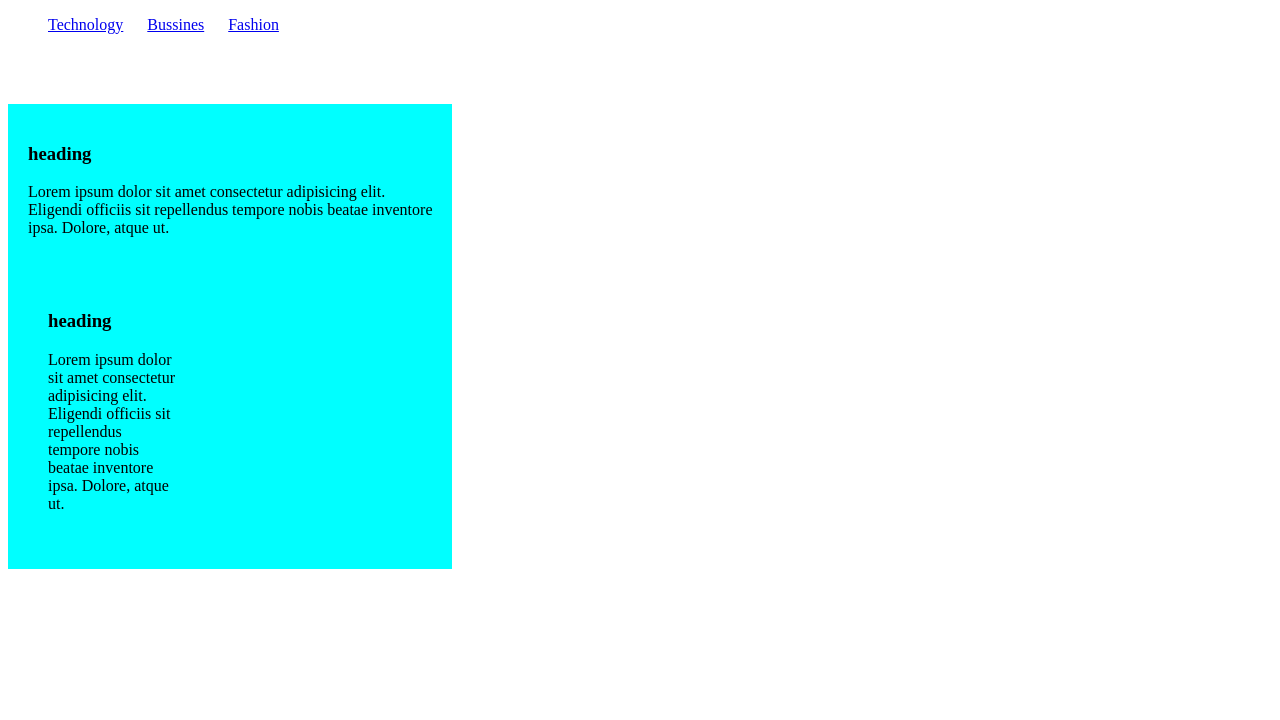
Repository: andiausrust/css-traversy
Page: inline_block/index.html
These files come from the project's save history. The page is drawn as it stood at one moment and after the next save; the edit follows.
The browser window is 1280 px wide. The pictures show the whole page.

Above is the page before, as saved 2020-08-21 07:12:30.

### inline_block/index.html
<!DOCTYPE html>
<html lang="en">
    <head>
        <meta charset="UTF-8" />
        <meta name="viewport" content="width=device-width, initial-scale=1.0" />
        <link rel="stylesheet" href="./css/style.css" />
        <title>Inline | Block</title>
    </head>
    <body>
        <ul>
            <li><a href="#">Technology</a></li>
            <li><a href="#">Bussines</a></li>
            <li><a href="#">Fashion</a></li>
        </ul>
        <br />
        <br />
        <br />
        <div class="box">
            <h3>heading</h3>
            <p>
                Lorem ipsum dolor sit amet consectetur adipisicing elit.
                Eligendi officiis sit repellendus tempore nobis beatae inventore
                ipsa. Dolore, atque ut.
            </p>
        <br />
        <div class="box">
            <h3>heading</h3>
            <p>
                Lorem ipsum dolor sit amet consectetur adipisicing elit.
                Eligendi officiis sit repellendus tempore nobis beatae inventore
                ipsa. Dolore, atque ut.
            </p>
        </div>
    </body>
</html>

### inline_block/css/style.css
li {
    display: inline;
}

li a {
    padding-right: 20px;
}

.box {
    background-color: aqua;
    padding: 20px;
    width: 32%;
}

After the next save:
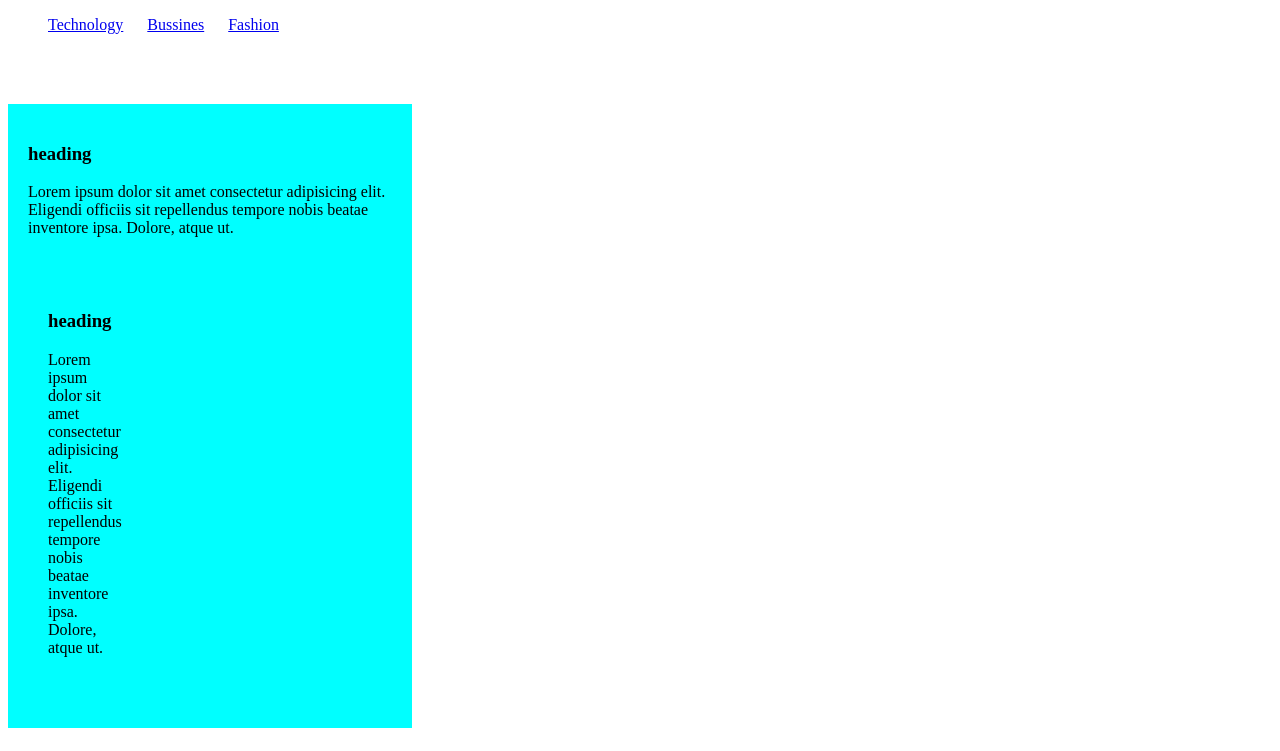
Saved 68 s later.
--- a/inline_block/css/style.css
+++ b/inline_block/css/style.css
@@ -7,7 +7,10 @@ li a {
 }
 
 .box {
+    box-sizing: border-box;
+    display: inline-block;
     background-color: aqua;
     padding: 20px;
     width: 32%;
+    margin-bottom: 15px;
 }
